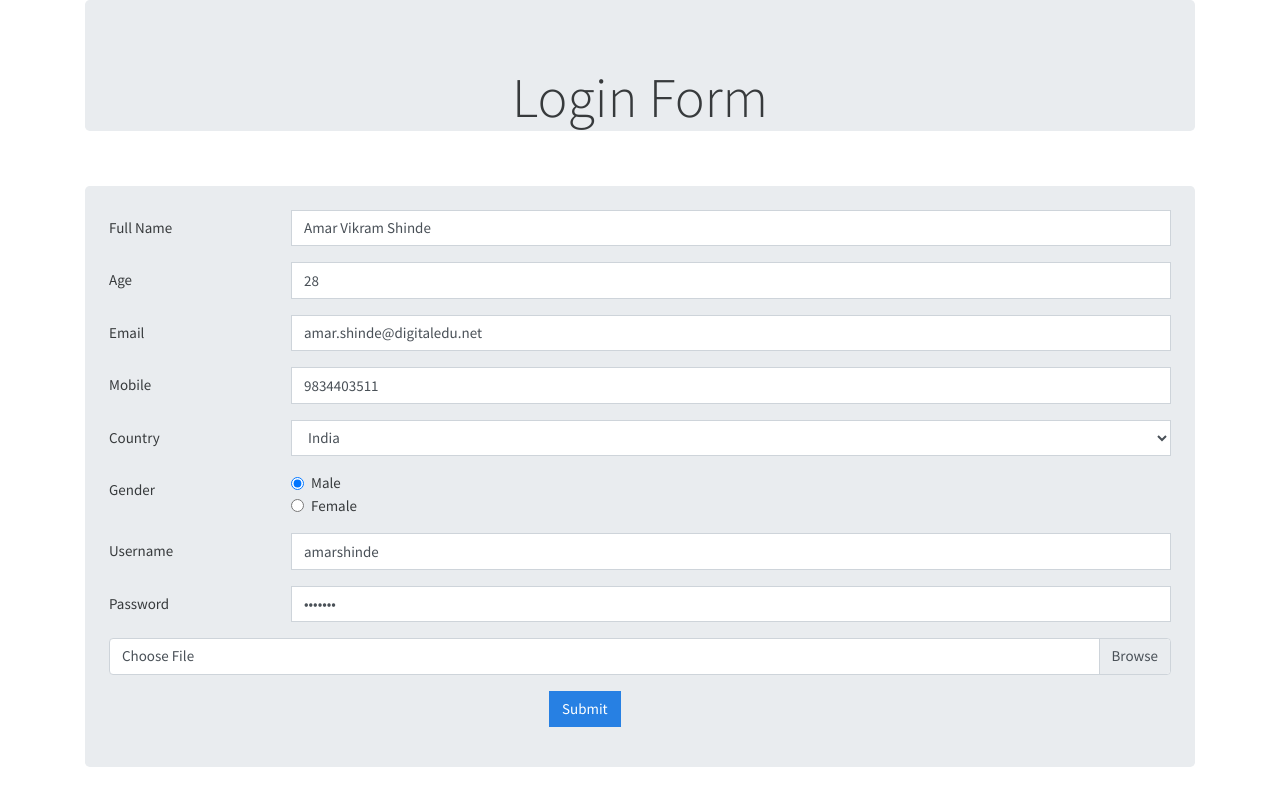
Repository: amar468S/Ng-templateDrivenForm
Page: /
These files come from the project's save history. The page is drawn as it stood at one moment and after the next save; the edit follows.
The browser window is 1280 px wide. The pictures show the whole page.
Some web libraries are served in a nearby version. The project was rebuilt for these pictures with package versions that can differ from the ones it lists, and the page was loaded fresh each time. Also part of the build but not shown: angular.json.

Above is the page before, as saved 2019-02-03 22:27:14.

After the next save:
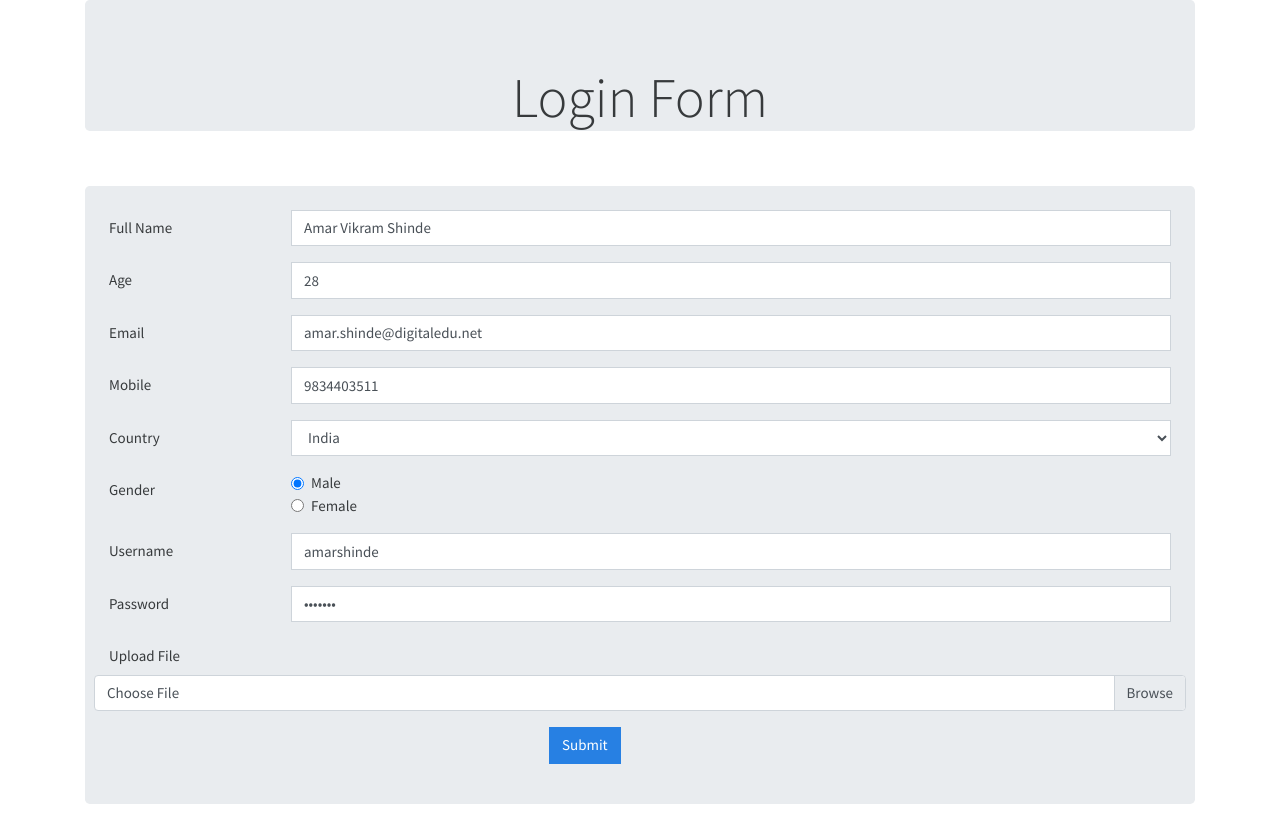
Saved 48 s later.
--- a/src/app/app.component.html
+++ b/src/app/app.component.html
@@ -84,7 +84,8 @@
             <small class="invalid-feedback">This field can't be empty</small>
           </div>
       </div>
-      <div class="form-group">
+      <div class="form-group row">
+        <label for="" class="col-sm-2 col-form-label">Upload File</label>
         <div class="input-group">
           <div class="custom-file">
             <input type="file" class="custom-file-input">
